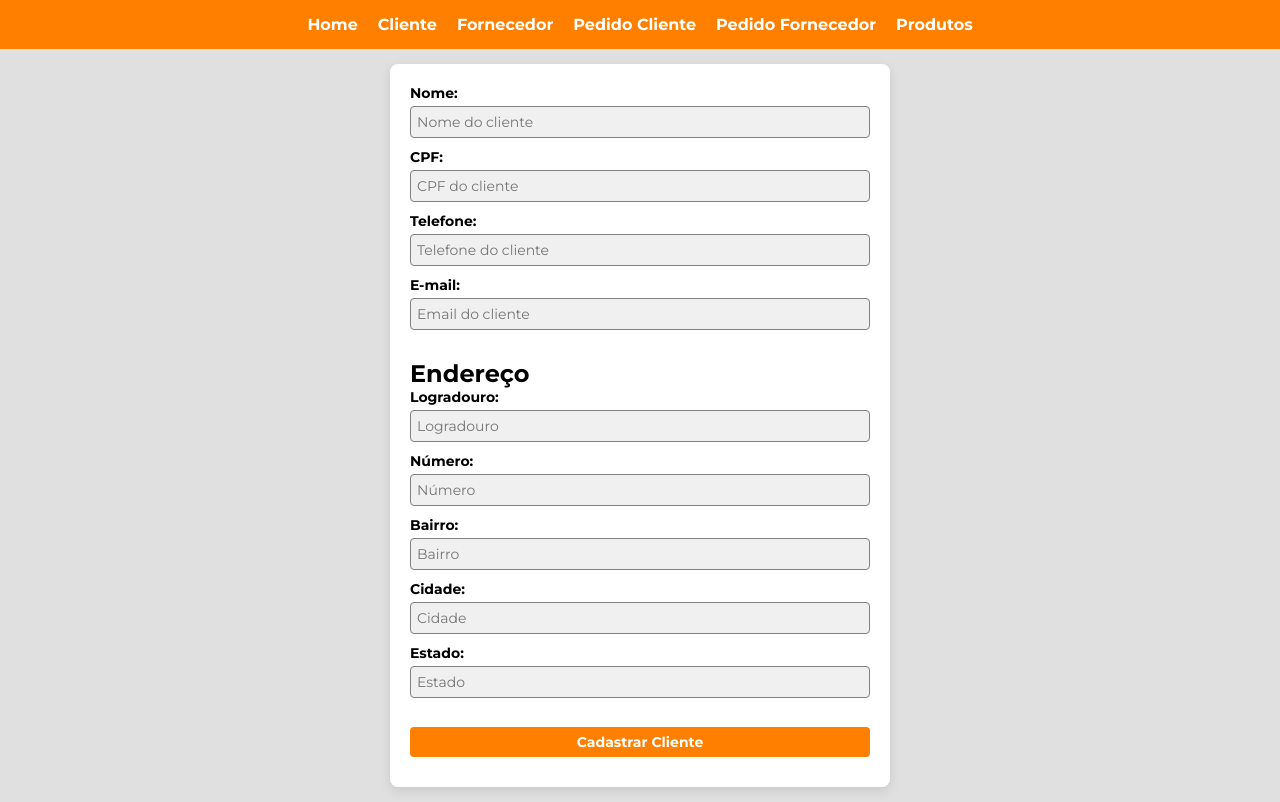
Repository: walterdmp/JavaWeb_BartoBotinas
Page: http://localhost/BartoBotinas/cadastrarCliente.jsp
These files come from the project's save history. The page is drawn as it stood at one moment and after the next save; the edit follows.
The browser window is 1280 px wide. The pictures show the whole page.
The page is served by Tomcat 9.

Above is the page before, as saved 2024-07-31 18:44:04.

After the next save:
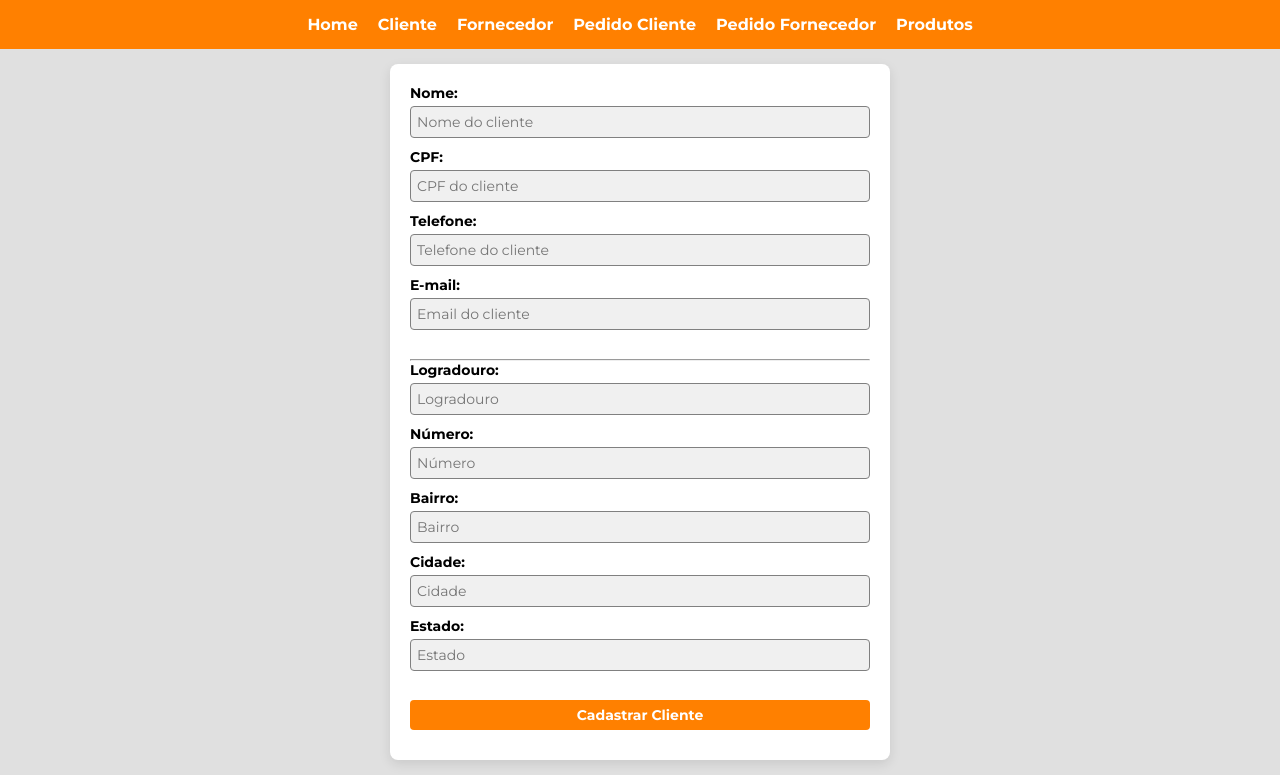
Saved 19 s later.
--- a/BartoBotinas/WebContent/cadastrarCliente.jsp
+++ b/BartoBotinas/WebContent/cadastrarCliente.jsp
@@ -40,7 +40,7 @@
 					required>
 			</div>
 			<br>
-			<h2>Endereço</h2>
+			<hr>
 			<div>
 				<label for="logradouro"><strong>Logradouro:</strong></label> <input
 					type="text" id="logradouro" name="logradouro"
